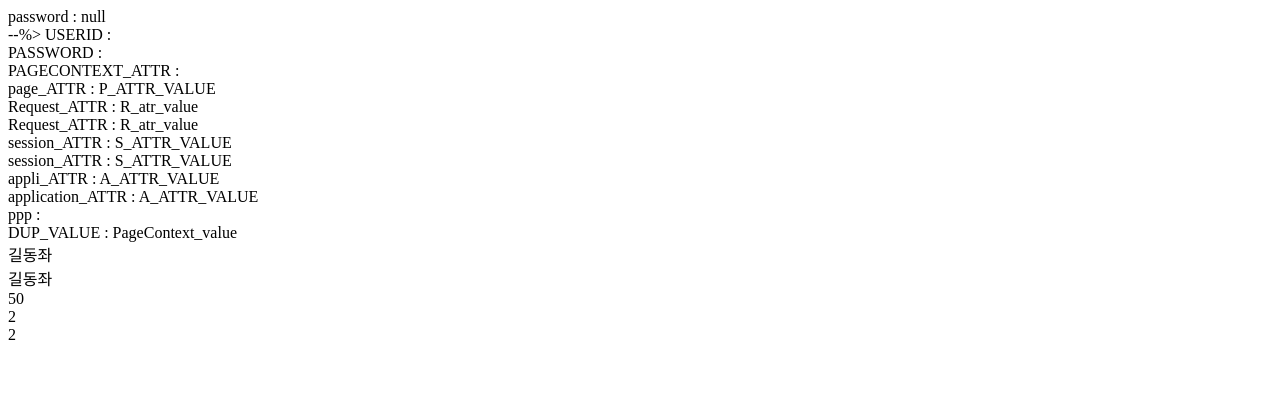
Repository: GotChun/DH_JSP
Page: http://localhost/01_JSP/C08/01EL/01Result.jsp
These files come from the project's save history. The page is drawn as it stood at one moment and after the next save; the edit follows.
The browser window is 1280 px wide. The pictures show the whole page.
The page is served by Tomcat 9.

Above is the page before, as saved 2024-10-24 00:25:27.

After the next save:
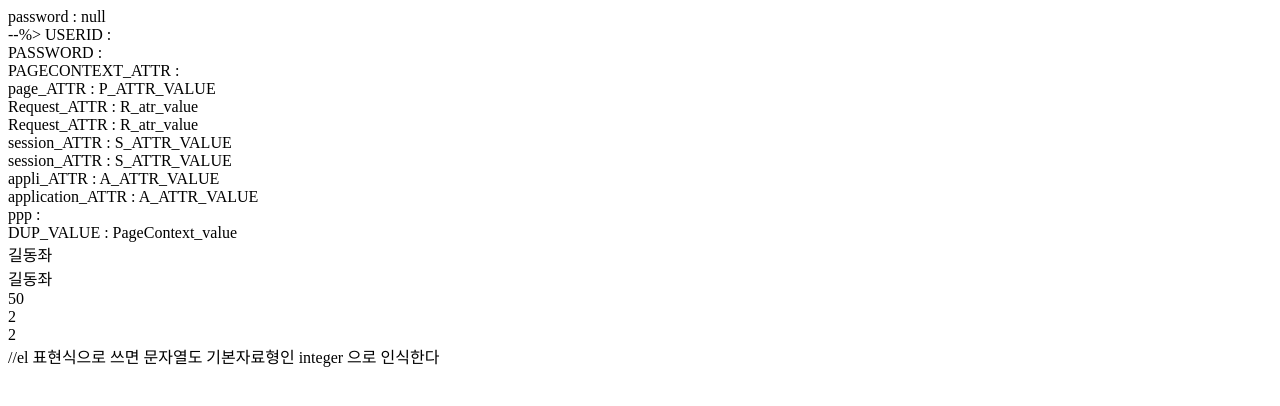
Saved 44 s later.
--- a/01_JSP/src/main/webapp/C08/01EL/01Result.jsp
+++ b/01_JSP/src/main/webapp/C08/01EL/01Result.jsp
@@ -69,7 +69,7 @@
 
 <!-- 연산처리 -->
 <%=1+1 %><br>
-${1+1}<br>
+${1+1}<br>  //el 표현식으로 쓰면 문자열도 기본자료형인 integer 으로 인식한다
 
 
 </body>

After the 3 saves that followed:
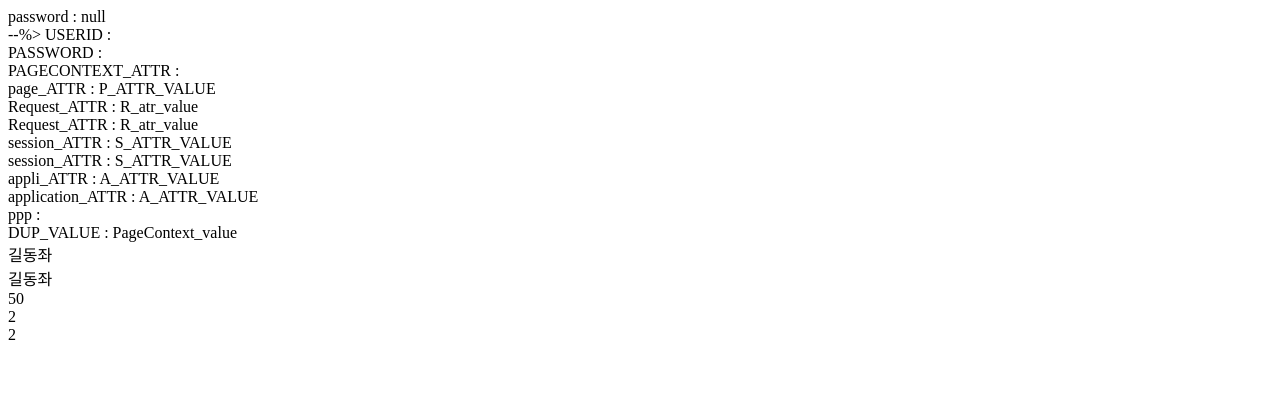
The 3 saves are shown as one change because 1 left the picture as it was and some came seconds apart.
The last was saved 31 s later.
--- a/01_JSP/src/main/webapp/C08/01EL/01Result.jsp
+++ b/01_JSP/src/main/webapp/C08/01EL/01Result.jsp
@@ -69,7 +69,7 @@
 
 <!-- 연산처리 -->
 <%=1+1 %><br>
-${1+1}<br>  //el 표현식으로 쓰면 문자열도 기본자료형인 integer 으로 인식한다
+${1+"1"}<br> <% //el 표현식으로 쓰면 문자열도 기본자료형인 integer 으로 인식한다%>
 
 
 </body>
